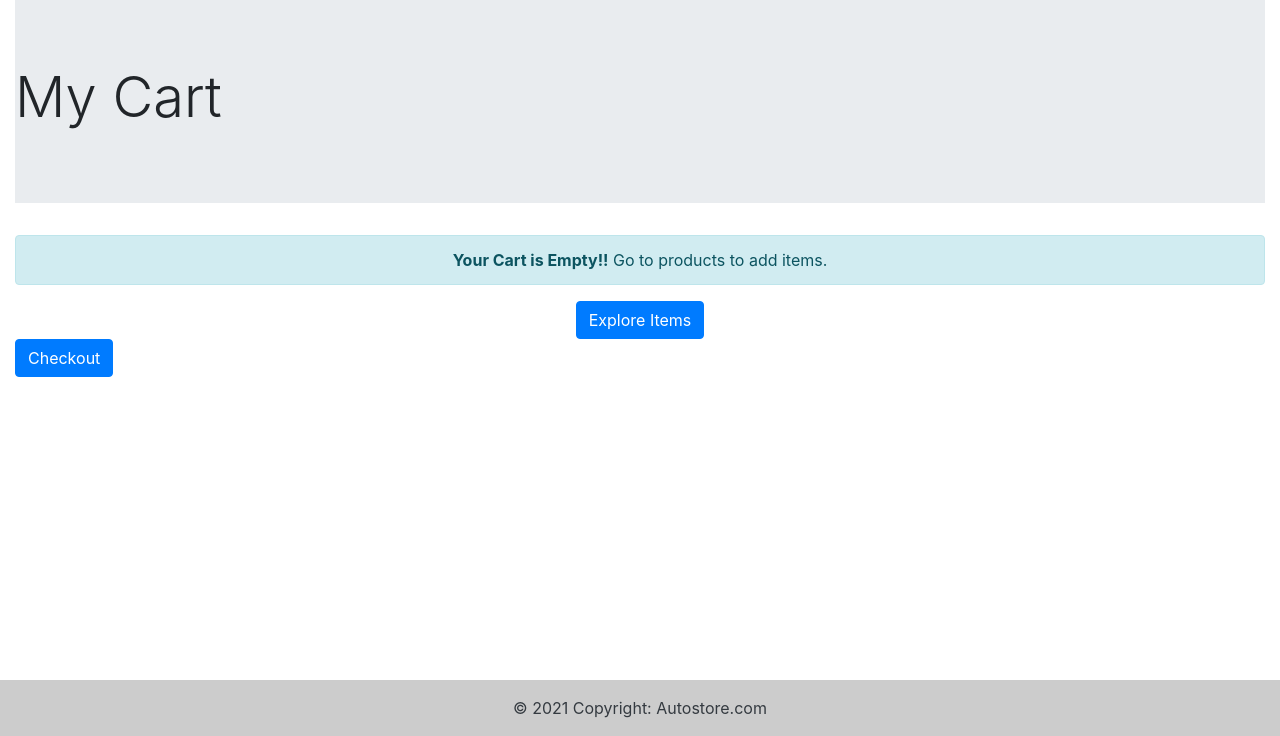
Repository: pravinsakthivel/ecommerce
Page: /cartIems
The author's editor kept a copy of each file at every save. The page is drawn from the files as they stood at one save, then again after the next save.
The browser window is 1280 px wide. The pictures show the whole page.
The project was rebuilt for these pictures with package versions that can differ from the ones it lists, and the page was loaded fresh each time. Also part of the build but not shown: src/components/ProductItem.vue, src/components/UI/ShoppingCartIcon.vue, src/components/UI/NavigationBar.vue, src/components/UI/SearchBar.vue, src/components/ProductDescriptionModal.vue, src/components/ProductList.vue, src/components/UI/OrderSuccess.vue, src/components/UI/LoginPage.vue and 2 more.

Above is the page before, as saved 2021-04-10 21:20:49.

After the next save:
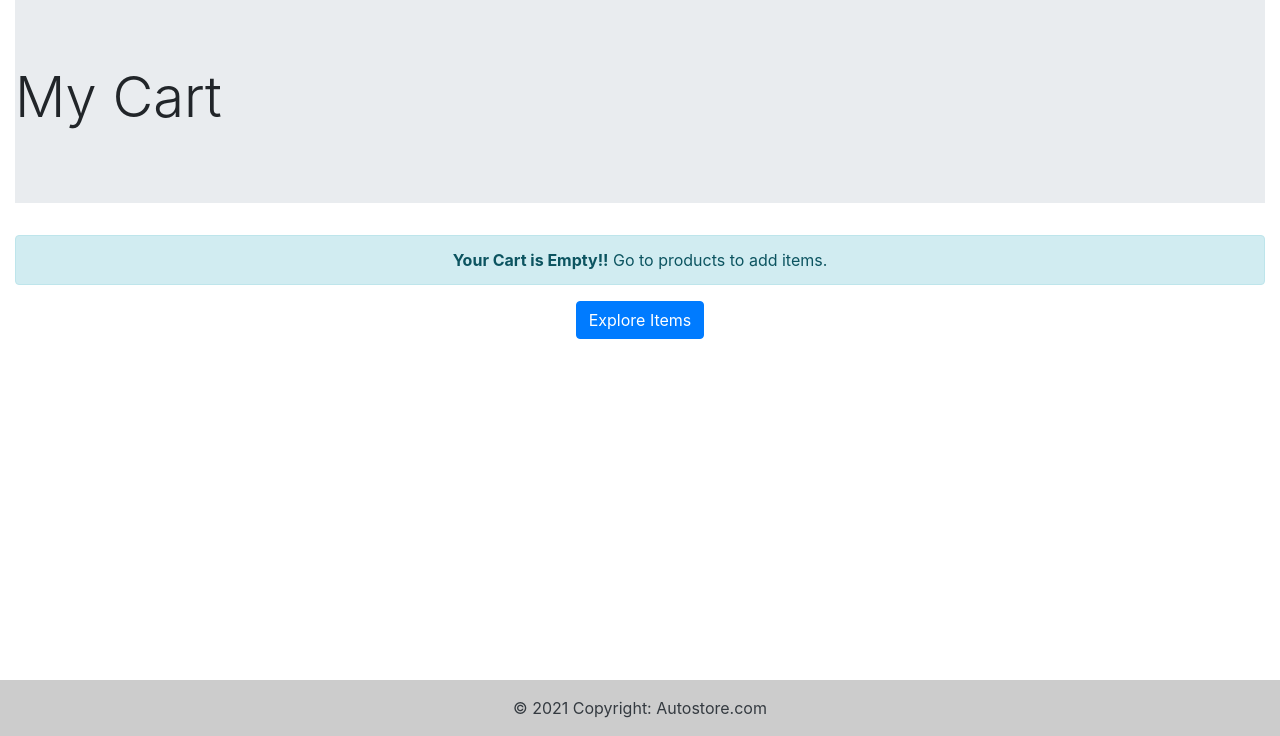
Saved 17 s later.
--- a/src/components/CartList.vue
+++ b/src/components/CartList.vue
@@ -43,7 +43,7 @@
       </div>
       <base-button link toPage="/products">Explore Items</base-button>
     </div>
-    <div>
+    <div class="text-center" v-else>
     <base-button link toPage="/checkout">Checkout</base-button>
     </div>
     <!-- <form class="text-center" v-else>
